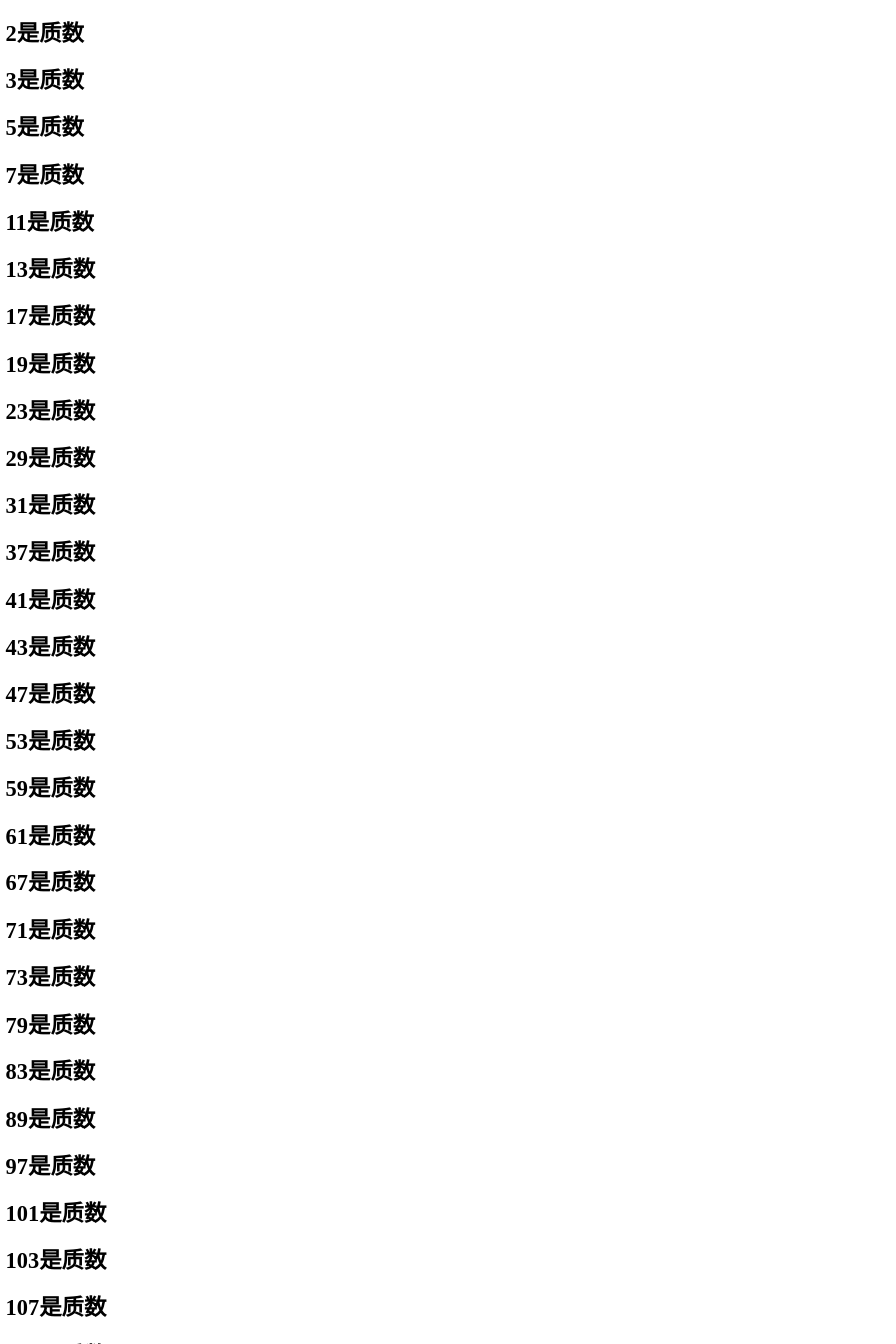
Repository: PeiroJack/eclipse-workspace
Page: http://localhost/MyJsp/prime.jsp
The author's editor kept a copy of each file at every save. The page is drawn from the files as they stood at one save, then again after the next save.
The browser window is 1280 px wide. The pictures show the part of the page from y = 0 to 1920 px (the page is 11351 px tall before and 21168 px after), at 70% of full size.
The page is served by Tomcat 9.

Above is the page before, as saved 2020-03-13 16:39:20.

After the next save:
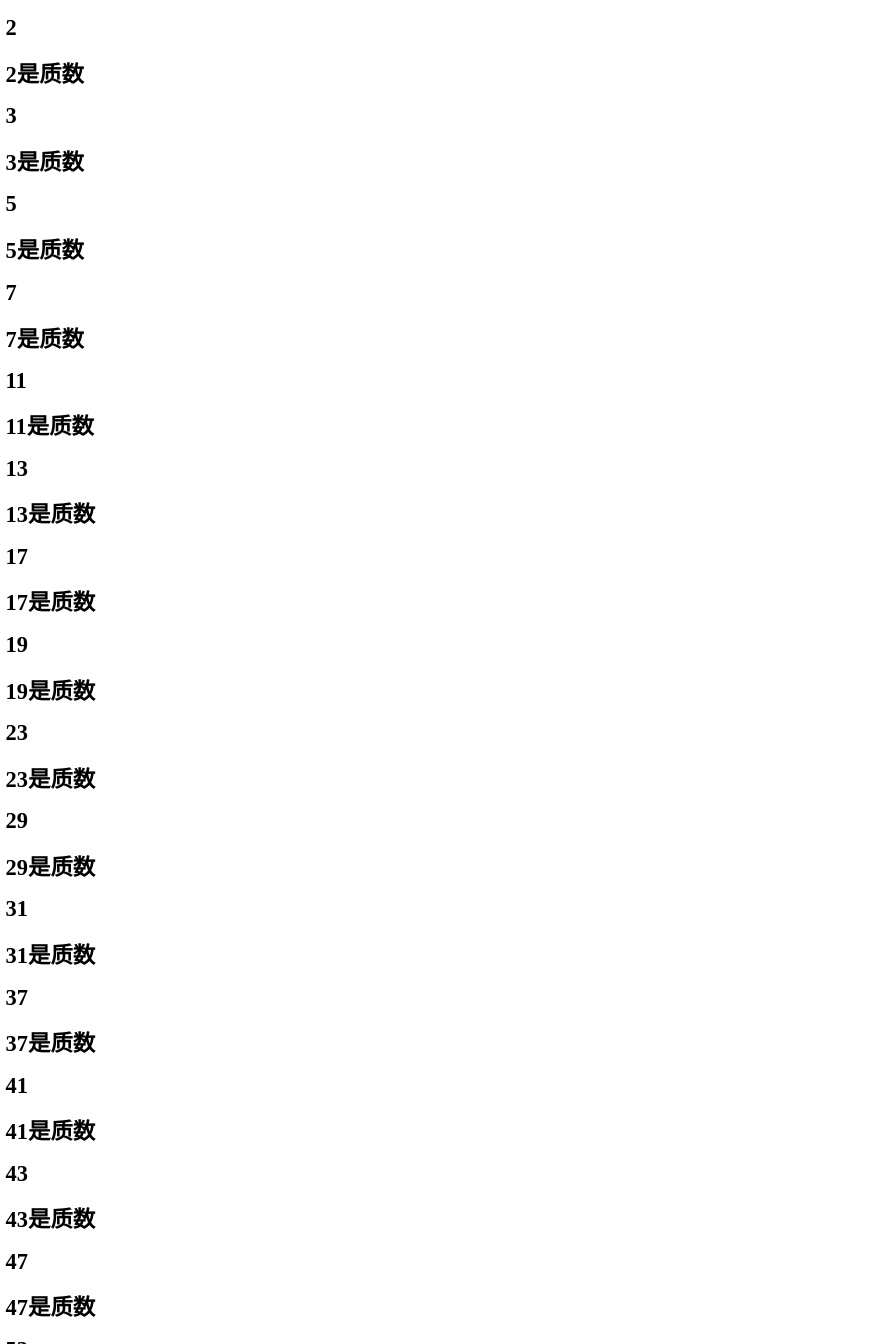
Saved 2 min 45 s later.
--- a/MyJsp/WebContent/prime.jsp
+++ b/MyJsp/WebContent/prime.jsp
@@ -7,33 +7,34 @@
 <title>Insert title here</title>
 </head>
 <body>
-
-	<%!
+<%!
 	boolean isPrime(int num){
-		boolean flag = true;
-		for(int j = 2 ; j < num ;j++){
-			if(num % j == 0){
-				flag = false;
-				break;
-			}
+	boolean flag = true;
+	for(int j = 2 ; j < num ;j++){
+		if(num % j == 0){
+			flag = false;
+			break;
 		}
-		return flag;
 	}
-	%>
-	<%
-		List<Integer> primes = new ArrayList();
-		for(int i = 2 ; i<=1000 ; i++){
-			if(isPrime(i) == true){
-				//out.println("<h1>" + i + "</h1>");
-				primes.add(i);
-			}
+	return flag;
+}
+%>
+<%
+	List<Integer> primes = new ArrayList();
+	for(int i = 2 ; i<=1000 ; i++){
+		if(isPrime(i) == true){
+			//out.println("<h1>" + i + "</h1>");
+			primes.add(i);
 		}
-
-	%>
-	<%
-		for(int p:primes){
-			out.println("<h1>" + p + "是质数</h1>");
-		}
-	%>
+	}
+%>
+<%
+	for(int p:primes){
+%>
+<h1><%=p %></h1>
+<%
+		out.println("<h1>" + p + "是质数</h1>");
+	}
+%>
 </body>
 </html>
